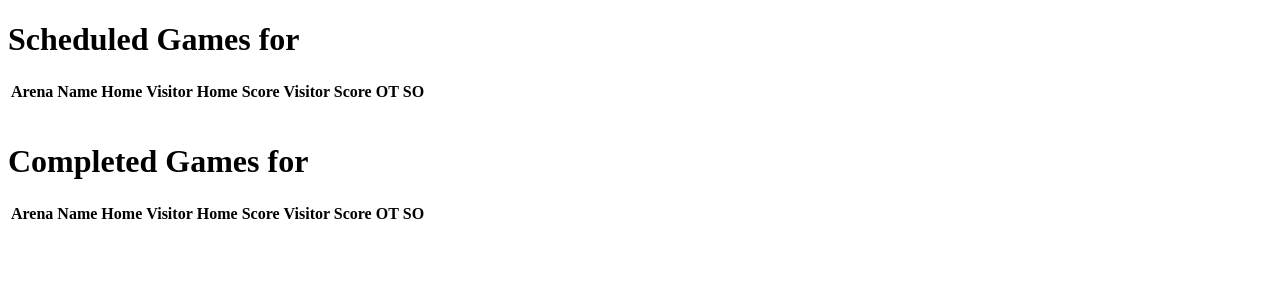
Repository: PeterNicole/JavaEE
Page: http://localhost/NDPTAssn1/Schedule.jsp
An editor plug-in stored every save of this project. The page is shown before and after the next save, followed by the edit.
The browser window is 1280 px wide. The pictures show the whole page.
The page is served by Tomcat 9. The template is opened directly, without the code that normally fills it, so the values that code supplies are empty.

Above is the page before, as saved 2016-06-13 16:41:25.

After the next save:
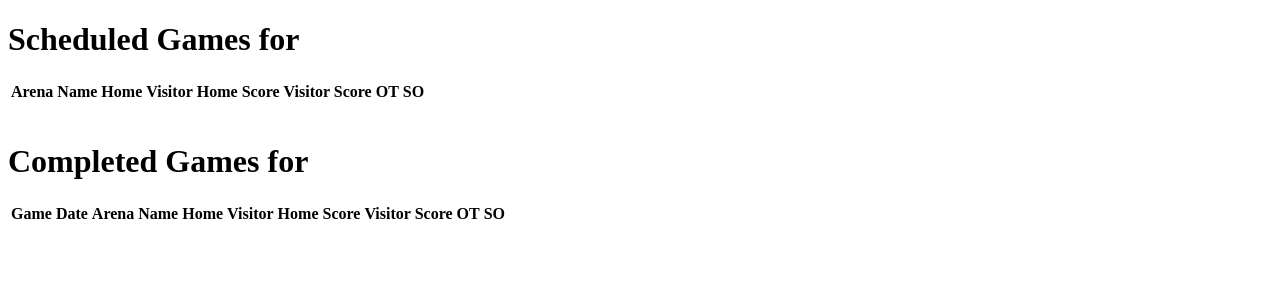
Saved 11 s later.
--- a/NDPTAssn1/WebContent/Schedule.jsp
+++ b/NDPTAssn1/WebContent/Schedule.jsp
@@ -43,6 +43,7 @@
 	<h1>Completed Games for ${teamName}</h1>
 	<table>
 		<tr>
+			<th>Game Date</th>
 			<th>Arena Name</th>
 			<th>Home</th>
 			<th>Visitor</th>
